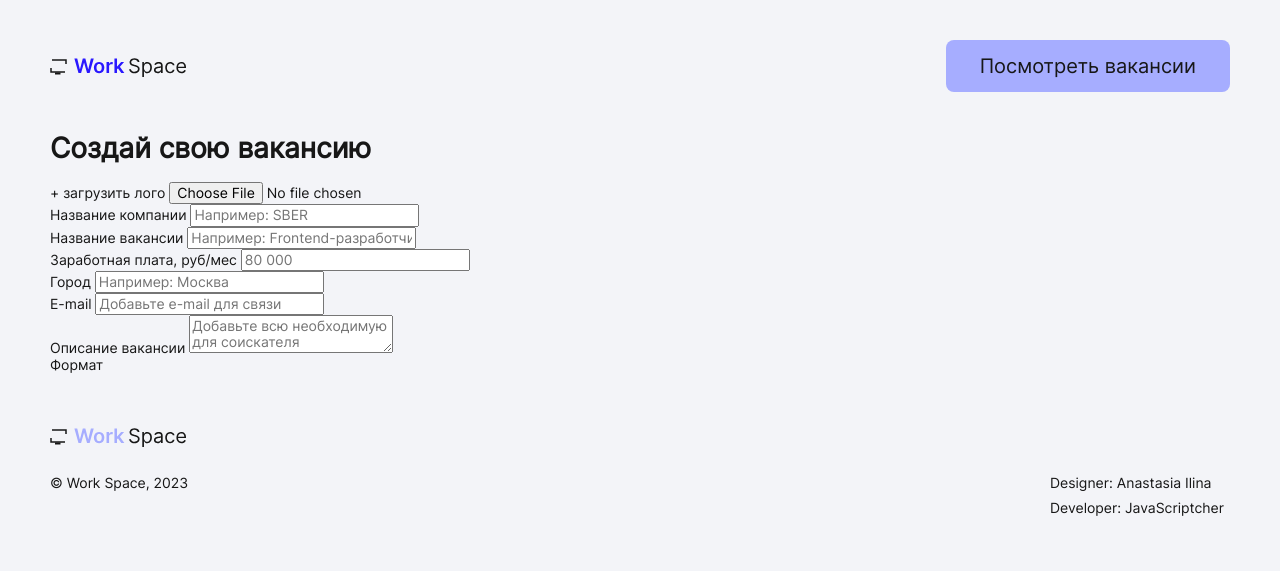
Repository: alexboagreek/workspace_js
Page: employer.html
An editor plug-in stored every save of this project. The page is shown before and after a run of saves, followed by the edit.
The browser window is 1280 px wide. The pictures show the whole page.

Above is the page before, as saved 2023-09-12 12:15:22.
Console error: TypeError: Cannot read properties of null (reading 'addEventListener')

After the next 4 saves:
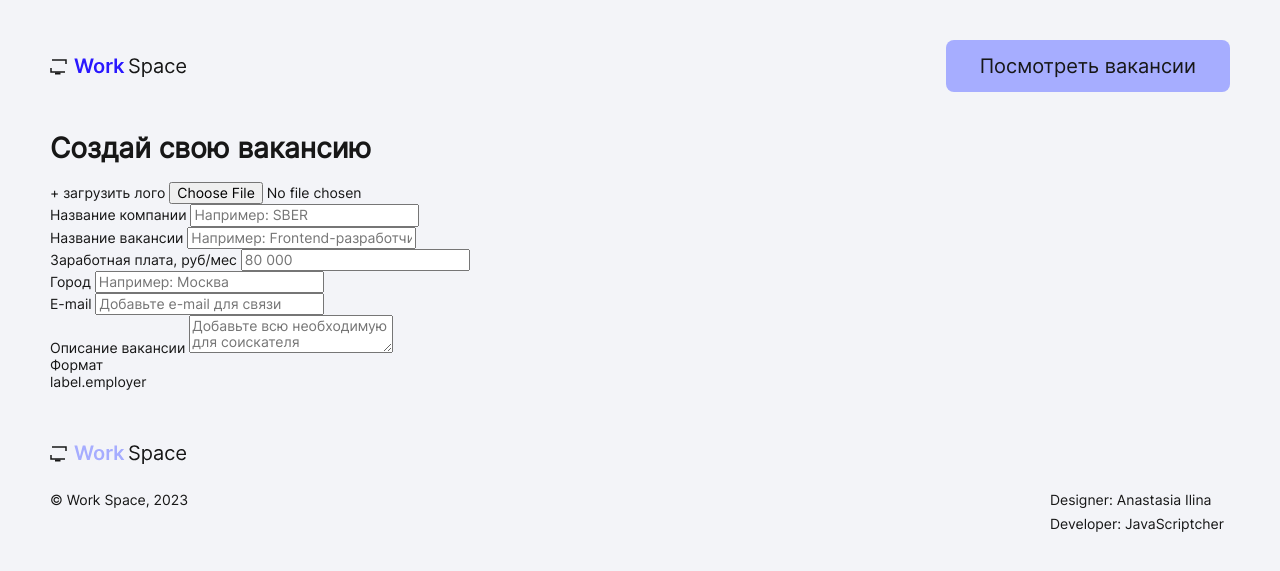
The 4 saves are shown as one change because they came seconds apart.
The last was saved 6 min 24 s later.
--- a/employer.html
+++ b/employer.html
@@ -136,6 +136,8 @@
             <div class="employer__radio-buttons">
               <fieldset class="employer__fieldset-radio">
                 <legend class="employer__legend">Формат</legend>
+
+                label.employer
               </fieldset>
             </div>
           </form>

After the save that followed:
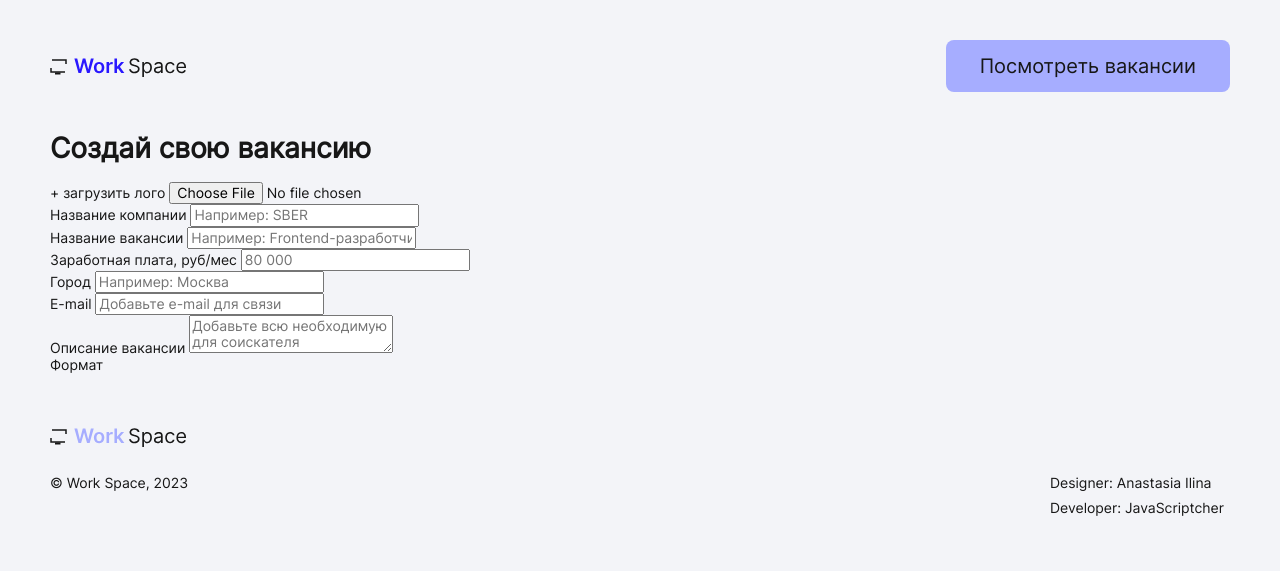
Saved 8 s later.
--- a/employer.html
+++ b/employer.html
@@ -137,7 +137,7 @@
               <fieldset class="employer__fieldset-radio">
                 <legend class="employer__legend">Формат</legend>
 
-                label.employer
+                <label for="" class="employer__label-radio radio"></label>
               </fieldset>
             </div>
           </form>
